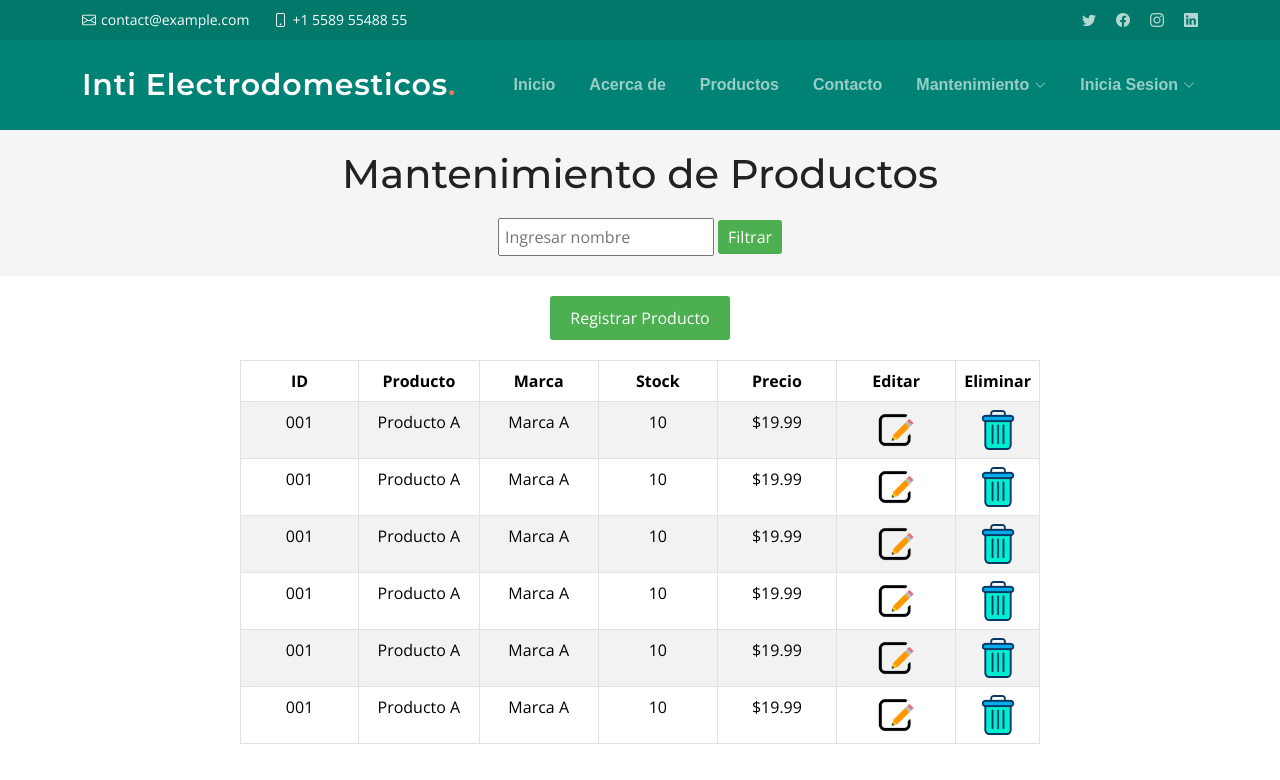
Repository: JReynaldoDelRio/DAWI---IntiElectrdomesticos
Page: http://localhost/mantenimientoProducto
An editor plug-in stored every save of this project. The page is shown before and after the next save, followed by the edit.
The browser window is 1280 px wide. The pictures show the whole page.
Some web fonts or font styles are not loaded; a fallback is used. Some web libraries are served in a nearby version. The page is this project's Thymeleaf template; nobody is signed in. The template is opened directly, without the code that normally fills it, so the values that code supplies are empty.

Above is the page before, as saved 2023-06-07 07:55:17.

### IntiElectrodomesticos/src/main/resources/templates/mantenimientoProducto.html
<!DOCTYPE html>
<html>
<head>
<meta charset="ISO-8859-1">
  <meta charset="utf-8">
  <meta content="width=device-width, initial-scale=1.0" name="viewport">

<link rel="stylesheet" href="css/producto.css">

  <link href="assets/img/favicon.png" rel="icon">
  <link href="assets/img/apple-touch-icon.png" rel="apple-touch-icon">

  <link rel="preconnect" href="https://fonts.googleapis.com">
  <link rel="preconnect" href="https://fonts.gstatic.com" crossorigin>
  <link href="https://fonts.googleapis.com/css2?family=Open+Sans:ital,wght@0,300;0,400;0,500;0,600;0,700;1,300;1,400;1,600;1,700&family=Montserrat:ital,wght@0,300;0,400;0,500;0,600;0,700;1,300;1,400;1,500;1,600;1,700&family=Raleway:ital,wght@0,300;0,400;0,500;0,600;0,700;1,300;1,400;1,500;1,600;1,700&display=swap" rel="stylesheet">

  <link href="assets/vendor/bootstrap/css/bootstrap.min.css" rel="stylesheet">
  <link href="assets/vendor/bootstrap-icons/bootstrap-icons.css" rel="stylesheet">
  <link href="assets/vendor/aos/aos.css" rel="stylesheet">
  <link href="assets/vendor/glightbox/css/glightbox.min.css" rel="stylesheet">
  <link href="assets/vendor/swiper/swiper-bundle.min.css" rel="stylesheet">
  <link rel="stylesheet" href="https://cdn.jsdelivr.net/npm/bootstrap@5.7.1/dist/css/bootstrap.min.css">


  <link href="assets/css/main.css" rel="stylesheet">

<title>Mantenimiento Producto</title>
</head>
<body>

<section id="topbar" class="topbar d-flex align-items-center">
    <div class="container d-flex justify-content-center justify-content-md-between">
      <div class="contact-info d-flex align-items-center">
        <i class="bi bi-envelope d-flex align-items-center"><a href="mailto:contact@example.com">contact@example.com</a></i>
        <i class="bi bi-phone d-flex align-items-center ms-4"><span>+1 5589 55488 55</span></i>
      </div>
      <div class="social-links d-none d-md-flex align-items-center">
        <a href="#" class="twitter"><i class="bi bi-twitter"></i></a>
        <a href="#" class="facebook"><i class="bi bi-facebook"></i></a>
        <a href="#" class="instagram"><i class="bi bi-instagram"></i></a>
        <a href="#" class="linkedin"><i class="bi bi-linkedin"></i></i></a>
      </div>
    </div>
  </section>

  <header id="header" class="header d-flex align-items-center">

    <div class="container-fluid container-xl d-flex align-items-center justify-content-between">
      <a href="index.html" class="logo d-flex align-items-center">

        <!-- <img src="assets/img/logo.png" alt=""> -->
        <h1>Inti Electrodomesticos<span>.</span></h1>
      </a>
      <nav id="navbar" class="navbar">
        <ul>
          <li><a href="/inicio">Inicio</a></li>
          <li><a href="#about">Acerca de </a></li>

          <li><a href="#portfolio">Productos</a></li>



          <li><a href="#contact">Contacto</a></li>
          <li class="dropdown"><a href="#"><span>Mantenimiento</span> <i class="bi bi-chevron-down dropdown-indicator"></i></a>
            <ul>

              <li class="dropdown"><a href="/mantenimientoProducto"><span>Productos</span> <i class="bi bi-chevron-down dropdown-indicator"></i></a>
              </li>
              <li class="dropdown"><a href="#"><span>Cliente</span> <i class="bi bi-chevron-down dropdown-indicator"></i></a>
                <ul>
                  <li><a href="#">Listar</a></li>
                  <li><a href="#">Agregar</a></li>
                  <li><a href="#">Eliminar</a></li>
                  <li><a href="#">Actualizar</a></li>
                </ul>
              </li>
              <li class="dropdown"><a href="#"><span>Proveedor</span> <i class="bi bi-chevron-down dropdown-indicator"></i></a>
                <ul>
                  <li><a href="#">Listar</a></li>
                  <li><a href="#">Agregar</a></li>
                  <li><a href="#">Eliminar</a></li>
                  <li><a href="#">Actualizar</a></li>
                </ul>
              </li>
              <li class="dropdown"><a href="#"><span>Factura</span> <i class="bi bi-chevron-down dropdown-indicator"></i></a>
                <ul>
                  <li><a href="#">Listar</a></li>
                  <li><a href="#">Agregar</a></li>
                  <li><a href="#">Eliminar</a></li>
                  <li><a href="#">Actualizar</a></li>
                </ul>
              </li>


            </ul>
          </li>
          <li class="dropdown"><a href="#"><span>Inicia Sesion</span> <i class="bi bi-chevron-down dropdown-indicator"></i></a>
            <ul>

              <li class="dropdown"><a href="#"><span>Ingresar</span> </a>

              </li>
              <li class="dropdown"><a href="#"><span>Registrar</span> </a>

              </li>

            </ul>
          </li>

        </ul>
      </nav>

      <i class="mobile-nav-toggle mobile-nav-show bi bi-list"></i>
      <i class="mobile-nav-toggle mobile-nav-hide d-none bi bi-x"></i>

    </div>
  </header>
 <header>
        <h1>Mantenimiento de Productos</h1>
        <div class="filter-form">
          <input type="text" placeholder="Ingresar nombre">
          <button>Filtrar</button>
        </div>
      </header>
      <main>
        <button class="register-button" onclick="openDialog()">Registrar Producto</button>
        <table class="table table-bordered table-striped text-center">
          <thead>
            <tr>
              <th>ID</th>
              <th>Producto</th>
              <th>Marca</th>
              <th>Stock</th>
              <th>Precio</th>
              <th>Editar</th>
              <th>Eliminar</th>
            </tr>
          </thead>
          <tbody>
            <tr>
              <td>001</td>
              <td>Producto A</td>
              <td>Marca A</td>
              <td>10</td>
              <td>$19.99</td>
              <td><img src="img/editar.png" alt="Editar"></td>
              <td><img src="img/eliminar.png" alt="Editar"></td>
            </tr>
            <!-- Más filas de la tabla aquí -->
            <tr>
                <td>001</td>
                <td>Producto A</td>
                <td>Marca A</td>
                <td>10</td>
                <td>$19.99</td>
                <td><img src="img/editar.png" alt="Editar"></td>
                <td><img src="img/eliminar.png" alt="Editar"></td>
              </tr>
              <tr>
                <td>001</td>
                <td>Producto A</td>
                <td>Marca A</td>
                <td>10</td>
                <td>$19.99</td>
                <td><img src="img/editar.png" alt="Editar"></td>
                <td><img src="img/eliminar.png" alt="Editar"></td>
              </tr>
              <tr>
                <td>001</td>
                <td>Producto A</td>
                <td>Marca A</td>
                <td>10</td>
                <td>$19.99</td>
                <td><img src="img/editar.png" alt="Editar"></td>
                <td><img src="img/eliminar.png" alt="Editar"></td>
              </tr>
              <tr>
                <td>001</td>
                <td>Producto A</td>
                <td>Marca A</td>
                <td>10</td>
                <td>$19.99</td>
                <td><img src="img/editar.png" alt="Editar"></td>
                <td><img src="img/eliminar.png" alt="Editar"></td>
              </tr>
              <tr>
                <td>001</td>
                <td>Producto A</td>
                <td>Marca A</td>
                <td>10</td>
                <td>$19.99</td>
                <td><img src="img/editar.png" alt="Editar"></td>
                <td><img src="img/eliminar.png" alt="Editar"></td>
              </tr>
          </tbody>
        </table>
      </main>

    <dialog id="register-dialog" >
        <h2>Registro de Producto</h2>
        <form>
          <label for="name">Nombre:</label>
          <select id="name">
            <option value="producto1">Producto 1</option>
            <option value="producto2">Producto 2</option>
            <option value="producto3">Producto 3</option>
          </select>

          <label for="brand">Marca:</label>
          <select id="brand">
            <option value="marca1">Marca 1</option>
            <option value="marca2">Marca 2</option>
            <option value="marca3">Marca 3</option>
          </select>

          <label for="stock">Stock:</label>
          <input type="number" id="stock">

          <label for="price">Precio:</label>
          <input type="number" step="0.01" id="price">

          <button type="button" onclick="registerProduct()">Registrar</button>
          <button type="button" onclick="closeDialog()">Cancelar</button>
        </form>
      </dialog>
      <script src="js/producto.js"></script>
</body>
</html>

### IntiElectrodomesticos/src/main/resources/static/css/producto.css
body {
    font-family: Arial, sans-serif;
    margin: 0;
    padding: 0;
  }

  header {
    background-color: #f5f5f5;
    padding: 20px;
  }

  h1 {
    text-align: center;
    margin-top: 0;
  }

  .filter-form {
    text-align: center;
    margin-top: 20px;
  }

  .filter-form input[type="text"] {
    padding: 5px;
  }

  .filter-form button {
    padding: 5px 10px;
    background-color: #4CAF50;
    color: white;
    border: none;
    border-radius: 3px;
    cursor: pointer;
  }

  main {
    padding: 20px;
    display: flex;
    flex-direction: column;
    align-items: center;
  }

  .register-button {
    padding: 10px 20px;
    background-color: #4CAF50;
    color: white;
    border: none;
    border-radius: 3px;
    cursor: pointer;
    margin-bottom: 20px;
  }

  table {
    margin: 0 auto; /* Centrar la tabla horizontalmente */
    max-width: 800px; /* Ancho máximo de la tabla */
    width: 100%;
  }

  th, td {
     padding: 10px;
  text-align: center;
  border-bottom: 1px solid #ddd;
  }

  th {
    background-color: #f5f5f5;
  }

  tbody tr:hover {
    background-color: #f9f9f9;
  }


  th:nth-child(1),
td:nth-child(1),
th:nth-child(2),
td:nth-child(2),
th:nth-child(3),
td:nth-child(3),
th:nth-child(4),
td:nth-child(4),
th:nth-child(5),
td:nth-child(5),
th:nth-child(6),
td:nth-child(6),
th:nth-child(7),
td:nth-child(7) {
  width: 15.28%; /* Tamaño de cada columna (100% / 7) */
}

  img{
    width: 40px;
    height: 40px;
  }

dialog {
  border: none;
  padding: 20px;
  width: 400px;
  background-color: #f5f5f5;
  position: fixed;
  top: 50%;
  left: 30%;
  transform: translate(-50%, -50%);
}

dialog h2 {
    margin-top: 0;
    font-size: 24px;
    color: #4CAF50;
    border-bottom: 2px solid #4CAF50;
    text-align: center;
    padding-bottom: 10px;
}

dialog form {
  display: flex;
  flex-direction: column;
}

dialog label {
  margin-bottom: 5px;
}

dialog input, dialog select {
  margin-bottom: 10px;
  padding: 5px;
}

dialog button {
  padding: 5px 10px;
  background-color: #4CAF50;
  color: white;
  border: none;
  border-radius: 3px;
  cursor: pointer;
  margin-top: 10px;
}

Loaded but not shown: IntiElectrodomesticos/src/main/resources/static/js/producto.js (20 lines, source omitted); IntiElectrodomesticos/src/main/resources/static/assets/css/main.css (2669 lines, source omitted)

After the next save:
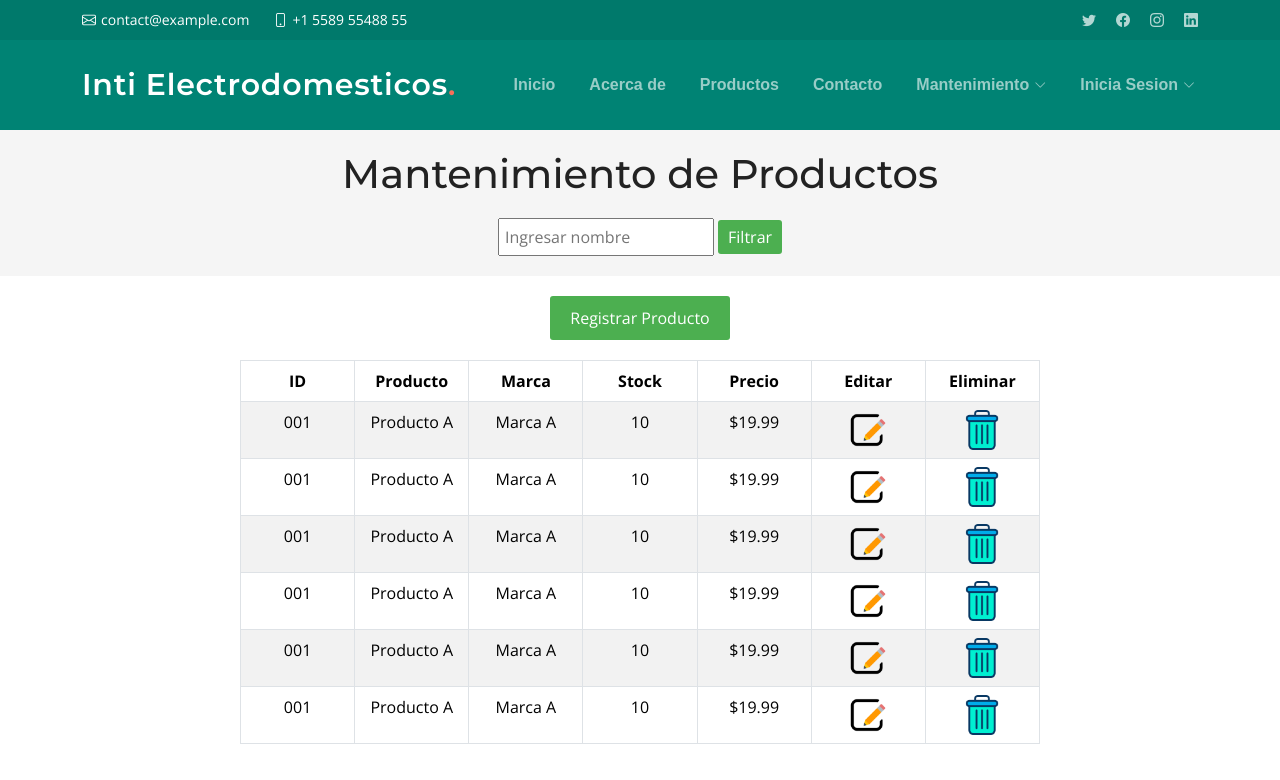
Saved 8 s later.
--- a/IntiElectrodomesticos/src/main/resources/static/css/producto.css
+++ b/IntiElectrodomesticos/src/main/resources/static/css/producto.css
@@ -51,8 +51,9 @@ body {
 
   table {
     margin: 0 auto; /* Centrar la tabla horizontalmente */
-    max-width: 800px; /* Ancho máximo de la tabla */
-    width: 100%;
+  max-width: 800px; /* Ancho máximo de la tabla */
+  width: 100%;
+  table-layout: fixed; /* Fijar el ancho de las columnas */
   }
 
   th, td {
